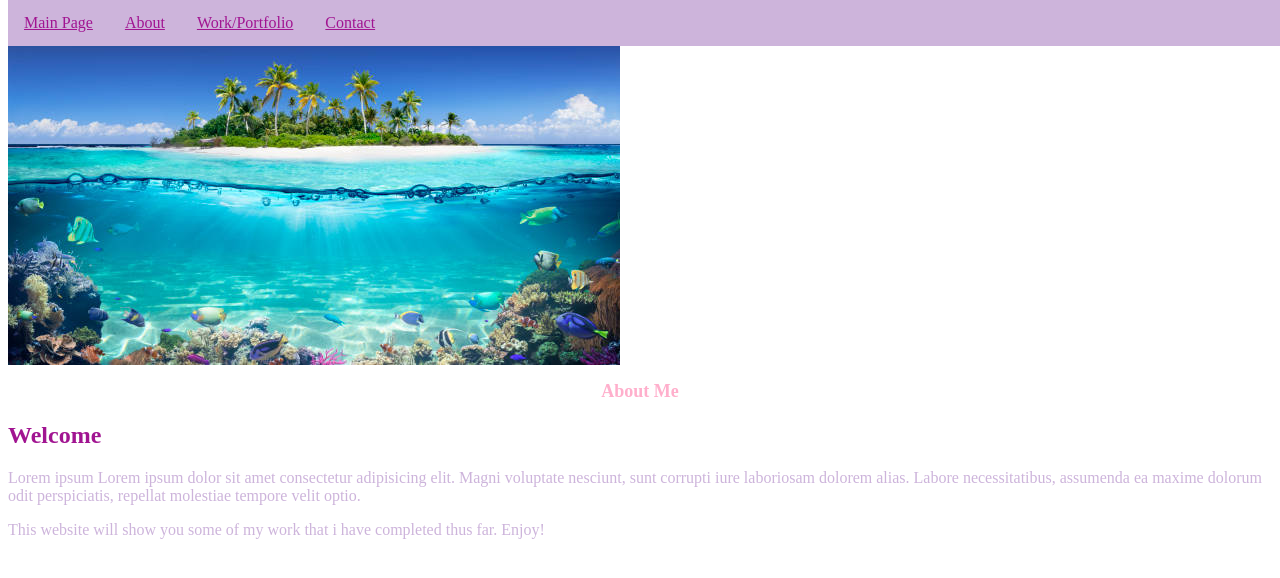
Repository: MelindaN14/My-Personal-Website
Page: about.html
The author's editor kept a copy of each file at every save. The page is drawn from the files as they stood at one save, then again after a run of saves.
The browser window is 1280 px wide. The pictures show the whole page.

Above is the page before, as saved 2024-03-25 22:07:08.

After the next 2 saves:
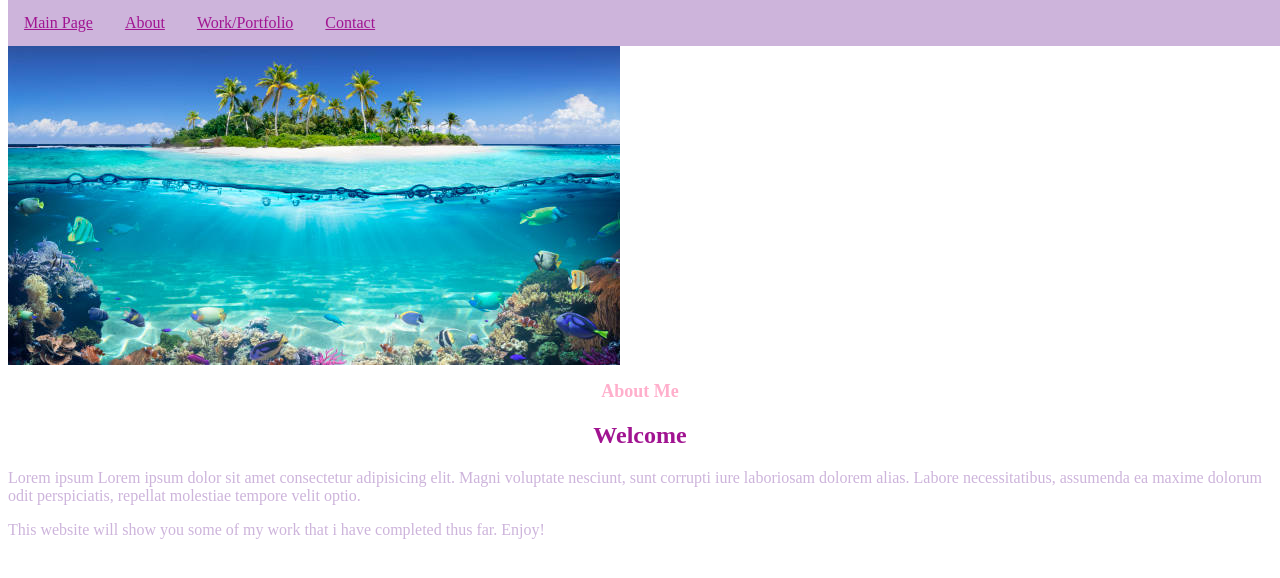
The 2 saves are shown as one change because they came seconds apart.
The last was saved 5 s later.
--- a/style.css
+++ b/style.css
@@ -35,7 +35,7 @@ h1 {
 }
 h2{
     color:#a11491;
-    text
+    text-align: center;
     justify-content: center;
 }
 p {
